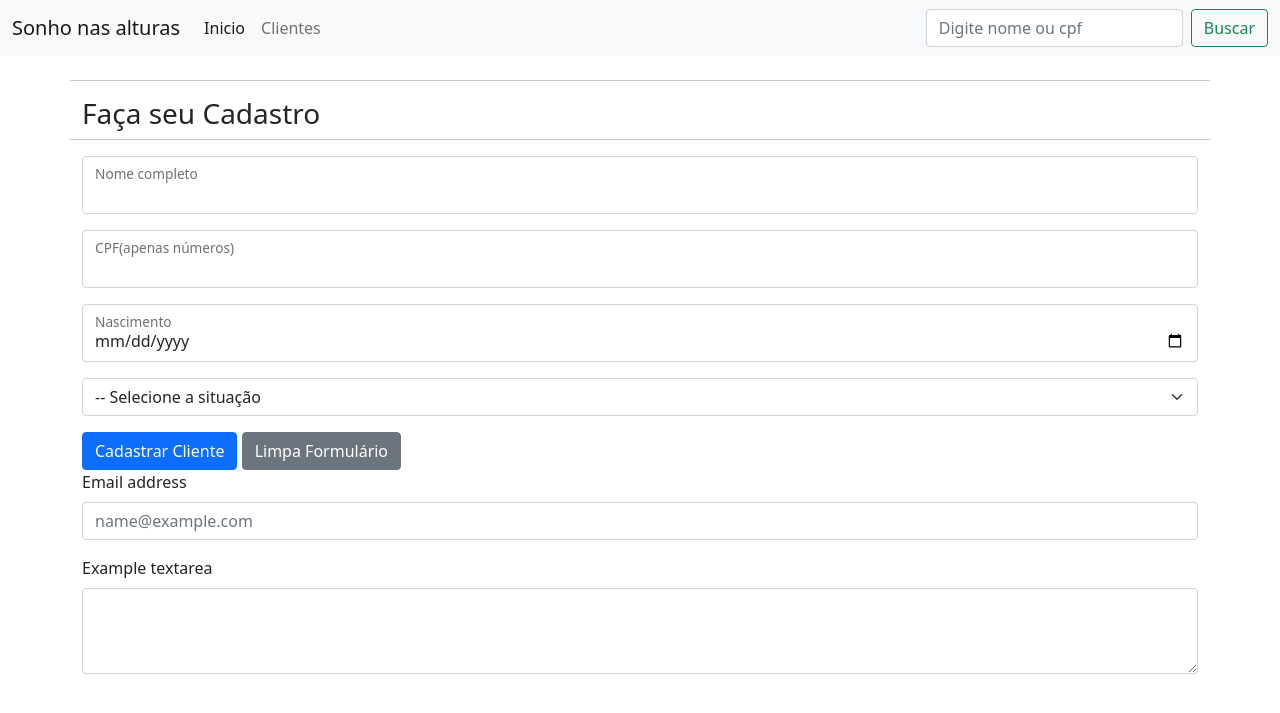
Repository: GabrielAzevedo99/back-end
Page: java-crud/src/main/webapp/index.html
An editor plug-in stored every save of this project. The page is shown before and after the next save, followed by the edit.
The browser window is 1280 px wide. The pictures show the whole page.

Above is the page before, as saved 2022-02-05 01:05:21.

### java-crud/src/main/webapp/index.html
<!DOCTYPEhtml>
<html>

<meta charset="ISO-8859-1">
<title> PROJETO CRUD COM JAVA </title>
<!-- CSS only -->
<link href="https://cdn.jsdelivr.net/npm/bootstrap@5.1.3/dist/css/bootstrap.min.css" rel="stylesheet" integrity="sha384-1BmE4kWBq78iYhFldvKuhfTAU6auU8tT94WrHftjDbrCEXSU1oBoqyl2QvZ6jIW3" crossorigin="anonymous">
</head>
<body>
<nav class="navbar navbar-expand-lg navbar-light bg-light">
  <div class="container-fluid">
    <a class="navbar-brand" href="#">Sonho nas alturas</a>
    <button class="navbar-toggler" type="button" data-bs-toggle="collapse" data-bs-target="#navbarSupportedContent" aria-controls="navbarSupportedContent" aria-expanded="false" aria-label="Toggle navigation">
      <span class="navbar-toggler-icon"></span>
    </button>
    <div class="collapse navbar-collapse" id="navbarSupportedContent">
      <ul class="navbar-nav me-auto mb-2 mb-lg-0">
        <li class="nav-item">
          <a class="nav-link active" aria-current="page" href="index.html">Inicio</a>
        </li>
        <li class="nav-item">
          <a class="nav-link" href="#">Clientes</a>
        </li>


      </ul>
      <form class="d-flex">
        <input name="pesquisa" class="form-control me-2" type="search" placeholder="Digite nome ou cpf" aria-label="Search">
        <button class="btn btn-outline-success" type="submit">Buscar</button>
      </form>
    </div>
  </div>
</nav>

<br>
<div class="container">
<div class="row">
<hr>
<h3>Faça seu Cadastro</h3>
<hr>
<form action="CreateAndFind" method="POST">

<div class="form-floating mb-3">
						<input name="nome" maxlength="40" type="text" class="form-control" id="floatingInput1">
						<label>Nome completo</label>
					</div>
					<div class="form-floating mb-3">
						<input name="cpf" maxlength="11" type="text" class="form-control">
						<label>CPF(apenas números)</label>
					</div>
					<div class="form-floating mb-3">
						<input name="nascimento" type="date" class="form-control" placeholder="Nascimento">
						<label>Nascimento</label>
					</div>
					<select name="situacao" class="form-select mb-3" aria-label="Exemplo de seleção padrão">
						<option selected>-- Selecione a situação</option>
						<option value="Ativo">Ativo</option>
						<option value="Inativo">Inativo</option>
					</select>

					<button class=" btn btn-primary" type="submit" >Cadastrar Cliente </button>
					<button class ="btn btn-secondary" type="reset" >Limpa Formulário </button>



<div class="mb-3">
  <label for="exampleFormControlInput1" class="form-label">Email address</label>
  <input type="email" class="form-control" id="exampleFormControlInput1" placeholder="name@example.com">
</div>
<div class="mb-3">
  <label for="exampleFormControlTextarea1" class="form-label">Example textarea</label>
  <textarea class="form-control" id="exampleFormControlTextarea1" rows="3"></textarea>
</div>

</form>
</div>
</div>

<!-- JavaScript Bundle with Popper -->
<script src="https://cdn.jsdelivr.net/npm/bootstrap@5.1.3/dist/js/bootstrap.bundle.min.js" integrity="sha384-ka7Sk0Gln4gmtz2MlQnikT1wXgYsOg+OMhuP+IlRH9sENBO0LRn5q+8nbTov4+1p" crossorigin="anonymous"></script>

</body>
</html >

After the next save:
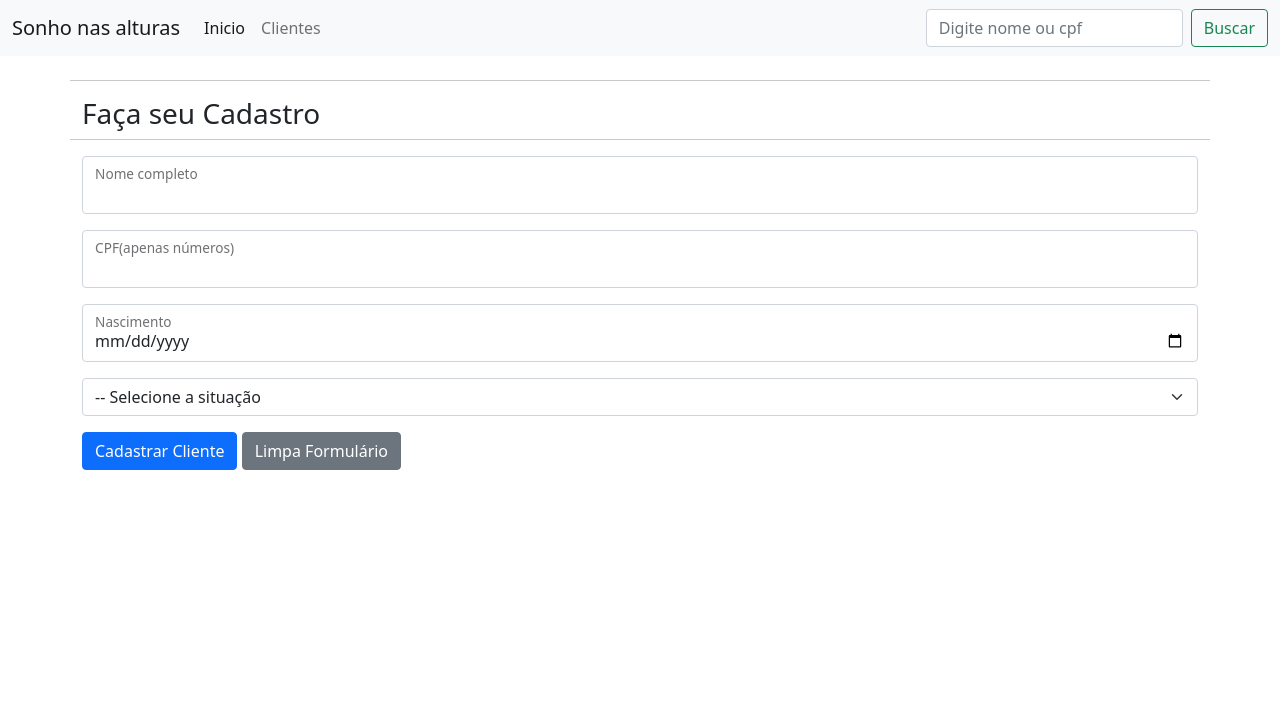
Saved 2 min 51 s later.
--- a/java-crud/src/main/webapp/index.html
+++ b/java-crud/src/main/webapp/index.html
@@ -63,19 +63,6 @@
 
 
 
-<div class="mb-3">
-  <label for="exampleFormControlInput1" class="form-label">Email address</label>
-  <input type="email" class="form-control" id="exampleFormControlInput1" placeholder="name@example.com">
-</div>
-<div class="mb-3">
-  <label for="exampleFormControlTextarea1" class="form-label">Example textarea</label>
-  <textarea class="form-control" id="exampleFormControlTextarea1" rows="3"></textarea>
-</div>
-
-</form>
-</div>
-</div>
-
 <!-- JavaScript Bundle with Popper -->
 <script src="https://cdn.jsdelivr.net/npm/bootstrap@5.1.3/dist/js/bootstrap.bundle.min.js" integrity="sha384-ka7Sk0Gln4gmtz2MlQnikT1wXgYsOg+OMhuP+IlRH9sENBO0LRn5q+8nbTov4+1p" crossorigin="anonymous"></script>
 
